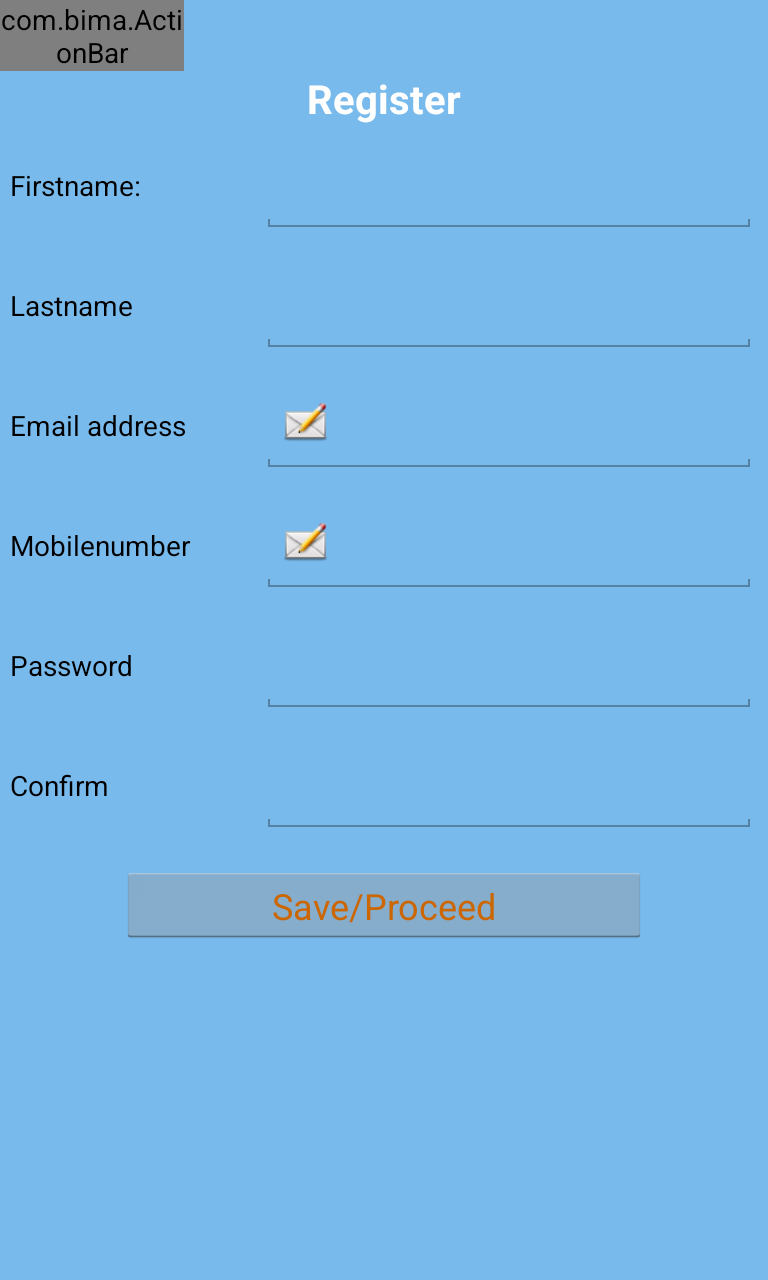
Repository: njiiriJohnii/Android-projects
Layout: Expensetracker/res/layout/register.xml
An editor plug-in stored every save of this project. The layout is shown before and after the next save, followed by the edit.
Pictures or frames that could not be fetched are drawn as grey boxes. It is drawn on a 768 x 1280 px phone screen (xhdpi) without system bars, with theme AppTheme; the app's code is not run.

Above is the layout before, as saved 2014-06-24 08:50:07.

### Expensetracker/res/layout/register.xml
<?xml version="1.0" encoding="utf-8"?>
<LinearLayout xmlns:android="http://schemas.android.com/apk/res/android"
	android:layout_width="fill_parent"
	android:orientation="vertical"
	android:layout_height="fill_parent"
	android:background="#79BAEC"
	android:gravity="center_vertical">

	 <com.bima.ActionBar
	     android:id="@+id/actionbar"
	     android:layout_width="92dp"
	     android:layout_height="wrap_content" />

			<TextView
			android:layout_width="fill_parent"
			android:layout_height="wrap_content"
			android:text="Register"
			android:textSize="20sp"
			android:textColor="#ffffff"
			android:gravity="center_horizontal"
			android:background="#79BAEC"
			android:textStyle="bold"

		/>
<ScrollView android:id="@+id/ScrollView02"
 android:layout_height="fill_parent"
 android:layout_width="fill_parent"
 android:scrollbars="vertical">
	<LinearLayout
	android:layout_width="fill_parent"
	android:orientation="vertical"
	android:layout_height="wrap_content"
	>

	<TableRow android:id="@+id/row1"
	android:layout_width="fill_parent"
		android:layout_height="50dip"
		android:layout_margin="5dp">
		<TextView
		    android:layout_width="fill_parent"
			android:layout_height="fill_parent"
			android:layout_weight="2"
			android:gravity="center_vertical"
			android:text="Firstname:"
			android:textColor="#000000" />

		<EditText
		android:id="@+id/txtfirstname"
		android:layout_width="fill_parent"
		android:layout_height="fill_parent"
		android:gravity="center_vertical"
		android:layout_weight="1"
		android:inputType="text"
		android:textColor="#000000"
		/>
	</TableRow>

	<TableRow
	android:id="@+id/row2"
	android:layout_width="fill_parent"
	android:layout_height="50dip"
	android:layout_margin="5dp">
		<TextView
		android:layout_width="fill_parent"
			android:layout_height="fill_parent"
			android:gravity="center_vertical"
			android:text="Lastname"
			android:layout_weight="2"
			android:textColor="#000000" />

		<EditText
		          android:id="@+id/txtlastname"
		          android:layout_width="fill_parent"
			      android:layout_height="fill_parent"
			      android:gravity="center_vertical"
			      android:layout_weight="1"
				  android:inputType="text"
			/>
	</TableRow>



	<TableRow
	android:id="@+id/row3"
	android:layout_width="fill_parent"
	android:layout_height="50dip"
	android:layout_margin="5dp">
		<TextView
		    android:layout_width="fill_parent"
			android:layout_height="fill_parent"
			android:gravity="center_vertical"
			android:text="Email address"
			android:layout_weight="2"
			android:textColor="#000000" />

		<EditText
		    android:id="@+id/edtemail"
		    android:layout_width="fill_parent"
			android:layout_height="fill_parent"
			android:gravity="center_vertical"
			android:layout_weight="1"
			android:inputType="textEmailAddress"
			android:drawableLeft="@drawable/sighnup"
			/>
	</TableRow>

	<TableRow
	android:id="@+id/row4"
	android:layout_width="fill_parent"
	android:layout_height="50dip"
	android:layout_margin="5dp">
		<TextView
		android:layout_width="fill_parent"
			android:layout_height="fill_parent"
			android:gravity="center_vertical"
			android:text="Mobilenumber"
			android:layout_weight="2"
			android:textColor="#000000" />

		<EditText android:id="@+id/txtmobile"
		android:layout_width="fill_parent"
			android:layout_height="fill_parent"
			android:gravity="center_vertical"
			android:layout_weight="1"
			android:inputType="number"
			android:drawableLeft="@drawable/sighnup"
			/>
	</TableRow>

	<TableRow
	android:id="@+id/row5"
	android:layout_width="fill_parent"
	android:layout_height="50dip"
	android:layout_margin="5dp">
		<TextView
		    android:layout_width="fill_parent"
			android:layout_height="fill_parent"
			android:gravity="center_vertical"
			android:text="Password"
			android:layout_weight="2"
			android:textColor="#000000" />

		<EditText android:id="@+id/txtpassword"
		android:layout_width="fill_parent"
			android:layout_height="fill_parent"
			android:gravity="center_vertical"
			android:layout_weight="1"
			 android:inputType="textPassword"

			/>
	</TableRow>

<TableRow
	android:id="@+id/row6"
	android:layout_width="fill_parent"
	android:layout_height="50dip"
	android:layout_margin="5dp">
		<TextView
		android:layout_width="fill_parent"
			android:layout_height="fill_parent"
			android:gravity="center_vertical"
			android:text="Confirm"
			android:layout_weight="2"
			android:textColor="#000000" />

		<EditText
		    android:id="@+id/txtconfirm"
		    android:layout_width="fill_parent"
			android:layout_height="fill_parent"
			android:gravity="center_vertical"
			android:layout_weight="1"
			android:inputType="textPassword"

			/>
	</TableRow>
	<TableRow
	android:layout_width="fill_parent"
		android:layout_height="40dip"
		android:gravity="center"
		android:layout_marginTop="10dp">

		<Button
	        android:text="Save/Proceed"
            android:layout_width="fill_parent"
			android:layout_height="fill_parent"
			android:layout_marginLeft="60dp"
			android:layout_marginRight="60dp"
			android:gravity="center"
			android:onClick = "Save"
			android:textColor="#cc6600"
			>

		</Button>

	</TableRow>


</LinearLayout>
</ScrollView>
</LinearLayout>

Loaded but not shown: Expensetracker/res/values/styles.xml (common file); Expensetracker/res/values-v11/styles.xml (common file); Expensetracker/res/values-v14/styles.xml (common file)

After the next save:
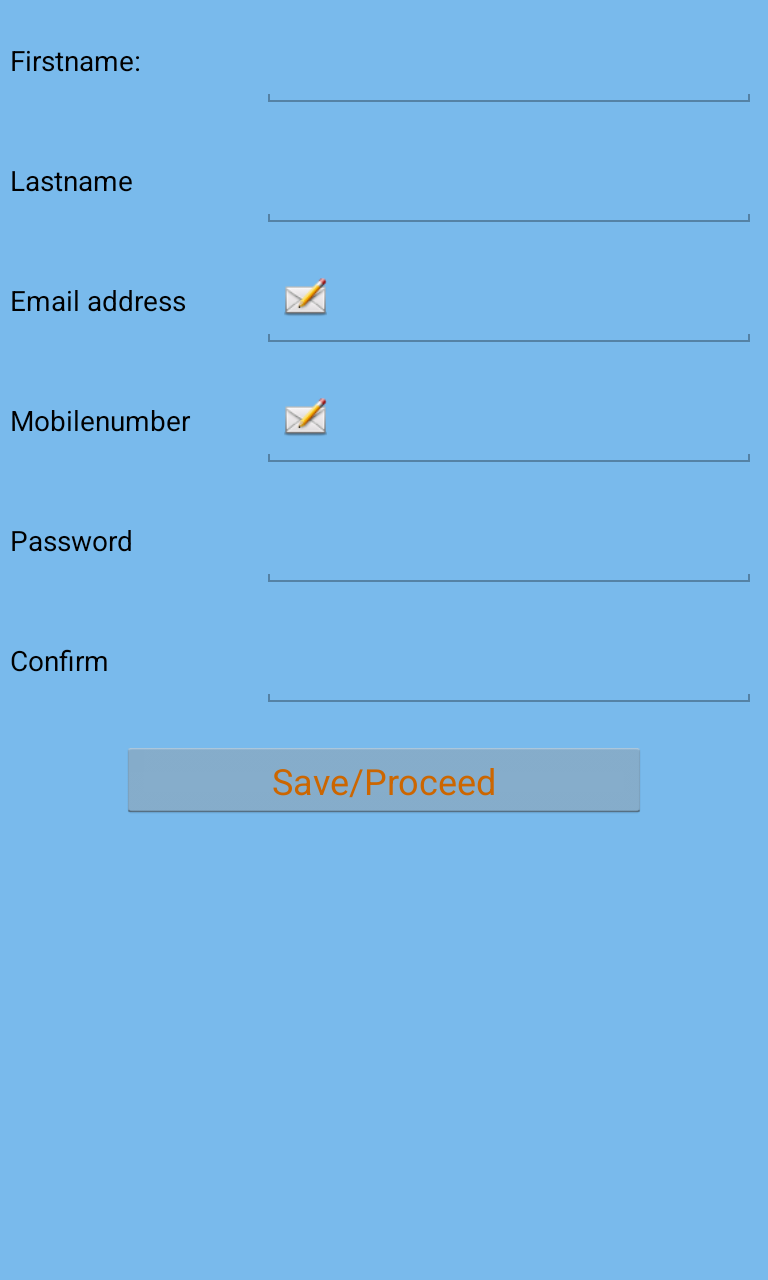
Saved 2 h 45 min later.
--- a/Expensetracker/res/layout/register.xml
+++ b/Expensetracker/res/layout/register.xml
@@ -6,22 +6,7 @@
 	android:background="#79BAEC"
 	android:gravity="center_vertical">
 
-	 <com.bima.ActionBar
-	     android:id="@+id/actionbar"
-	     android:layout_width="92dp"
-	     android:layout_height="wrap_content" />
 
-			<TextView
-			android:layout_width="fill_parent"
-			android:layout_height="wrap_content"
-			android:text="Register"
-			android:textSize="20sp"
-			android:textColor="#ffffff"
-			android:gravity="center_horizontal"
-			android:background="#79BAEC"
-			android:textStyle="bold"
-
-		/>
 <ScrollView android:id="@+id/ScrollView02"
  android:layout_height="fill_parent"
  android:layout_width="fill_parent"
